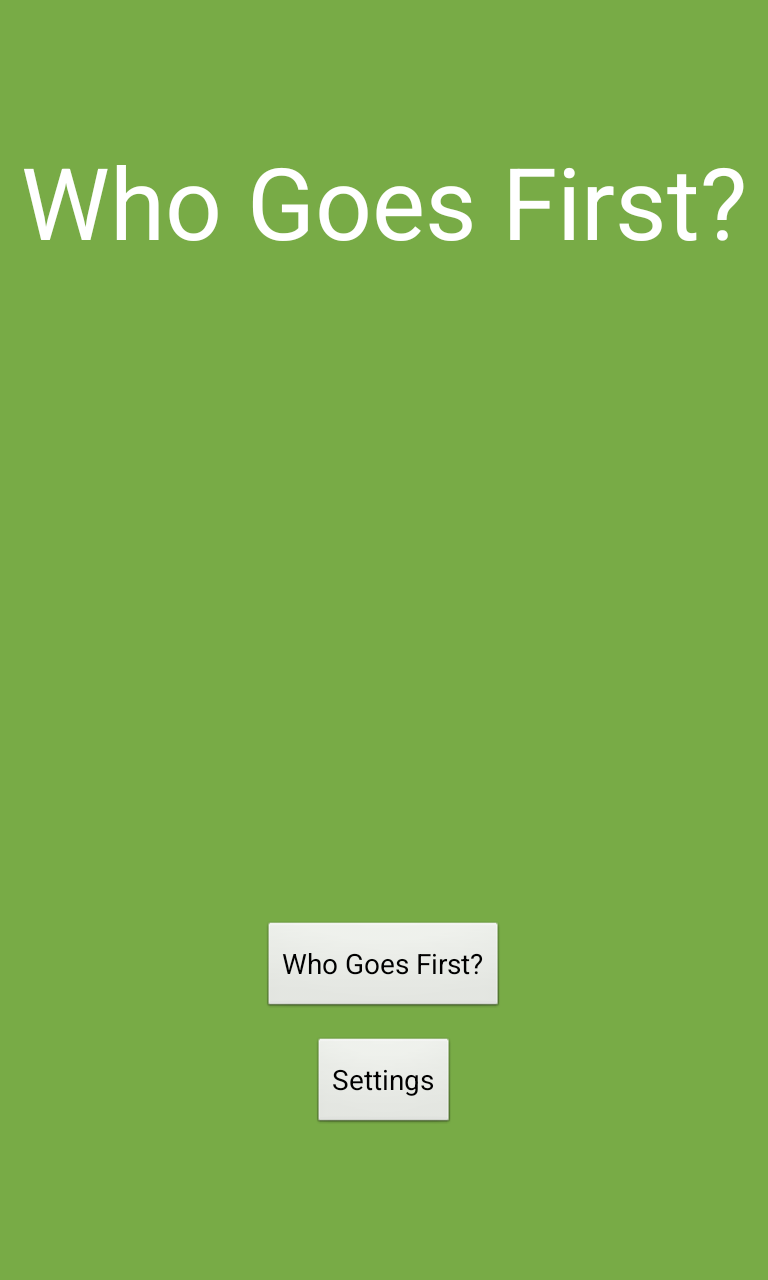
Repository: DarwinLYang/WhoGoesFirstApp
Layout: Who First/WhoFirst/res/layout/fragment_main.xml
An editor plug-in stored every save of this project. The layout is shown before and after the next save, followed by the edit.
It is drawn on a 768 x 1280 px phone screen (xhdpi) without system bars, with theme android:Theme.NoTitleBar.Fullscreen; the app's code is not run.

Above is the layout before, as saved 2014-04-07 21:39:39.

After the next save:
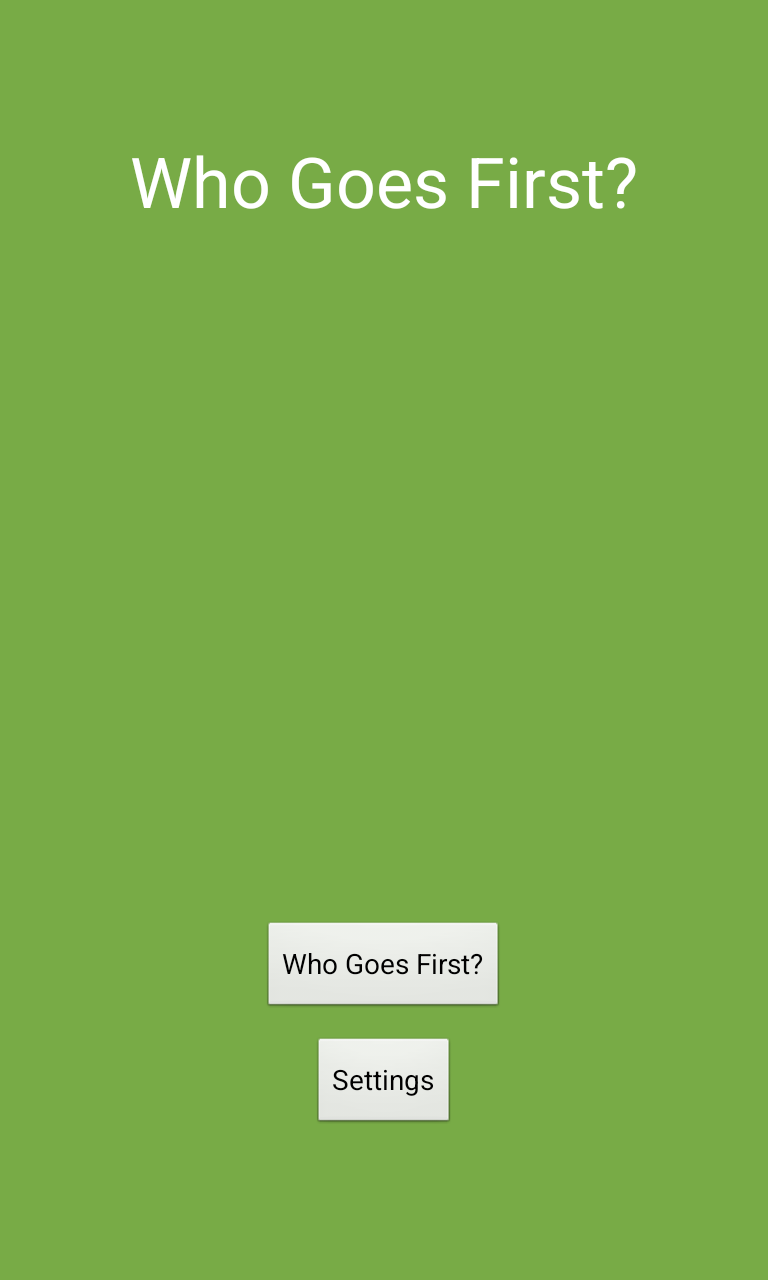
Saved 6 s later.
--- a/Who First/WhoFirst/res/layout/fragment_main.xml
+++ b/Who First/WhoFirst/res/layout/fragment_main.xml
@@ -33,7 +33,7 @@
         android:layout_centerHorizontal="true"
         android:layout_marginTop="67dp"
         android:text="Who Goes First?"
-        android:textSize="50sp"
+        android:textSize="35sp"
         android:textAppearance="?android:attr/textAppearanceLarge" />
 
 </RelativeLayout>
